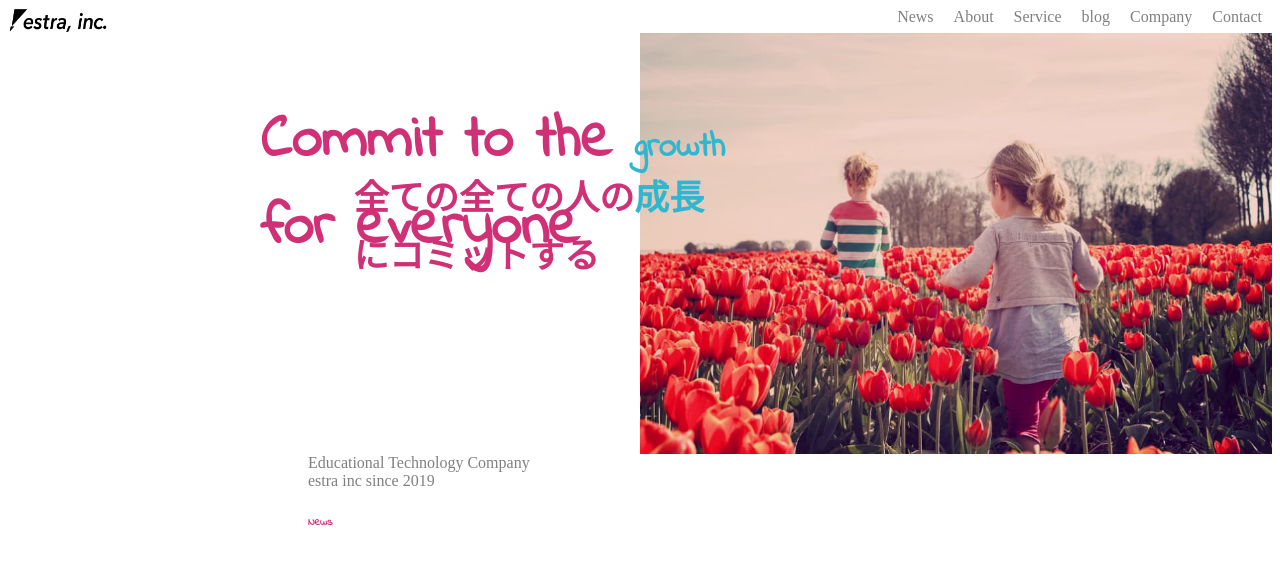
Repository: sigemasaasuka/20210902
Page: index.html
The author's editor kept a copy of each file at every save. The page is drawn from the files as they stood at one save, then again after a run of saves.
The browser window is 1280 px wide. The pictures show the whole page.

Above is the page before, as saved 2021-09-08 17:29:48.

After the next 3 saves:
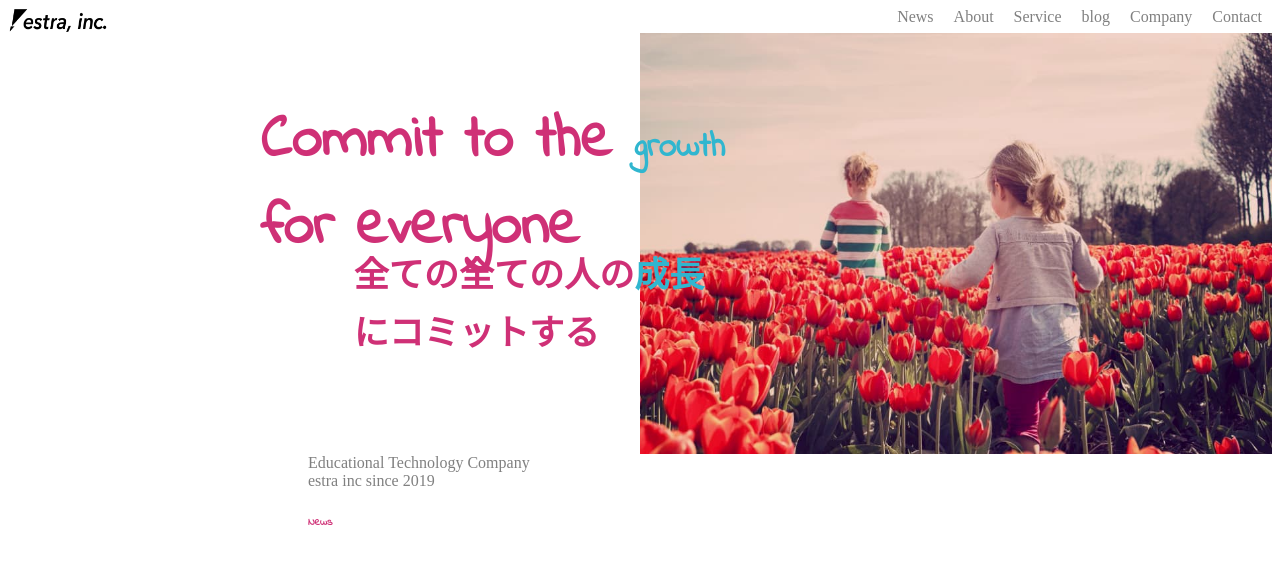
The 3 saves are shown as one change because they came seconds apart.
The last was saved 21 s later.
--- a/css/style.css
+++ b/css/style.css
@@ -45,7 +45,7 @@
 
 .example-txt {
   position: absolute;
-  top: 30%;
+  top: 60%;
   left: 20%;
   font-size: 30px;
   color: #cf3076;
@@ -53,7 +53,7 @@
 }
 
 .document-txt {
-  top: 30%;
+  top: 60%;
   left: 10%;
   font-size: 35px;
   color: #30b6cf;
